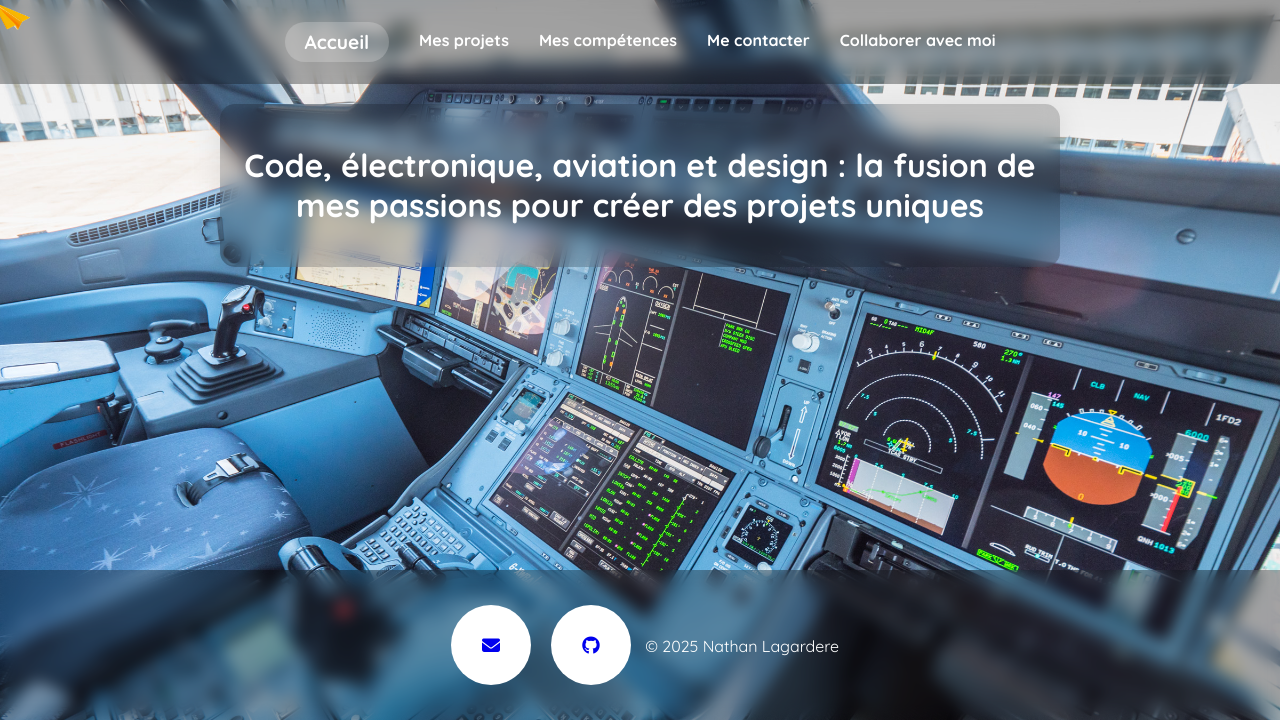
Repository: nlagardere/myportfolio
Page: contact.html
The author's editor kept a copy of each file at every save. The page is drawn from the files as they stood at one save, then again after the next save.
The browser window is 1280 px wide. The pictures show the whole page.

Above is the page before, as saved 2025-09-06 11:24:08.

After the next save:
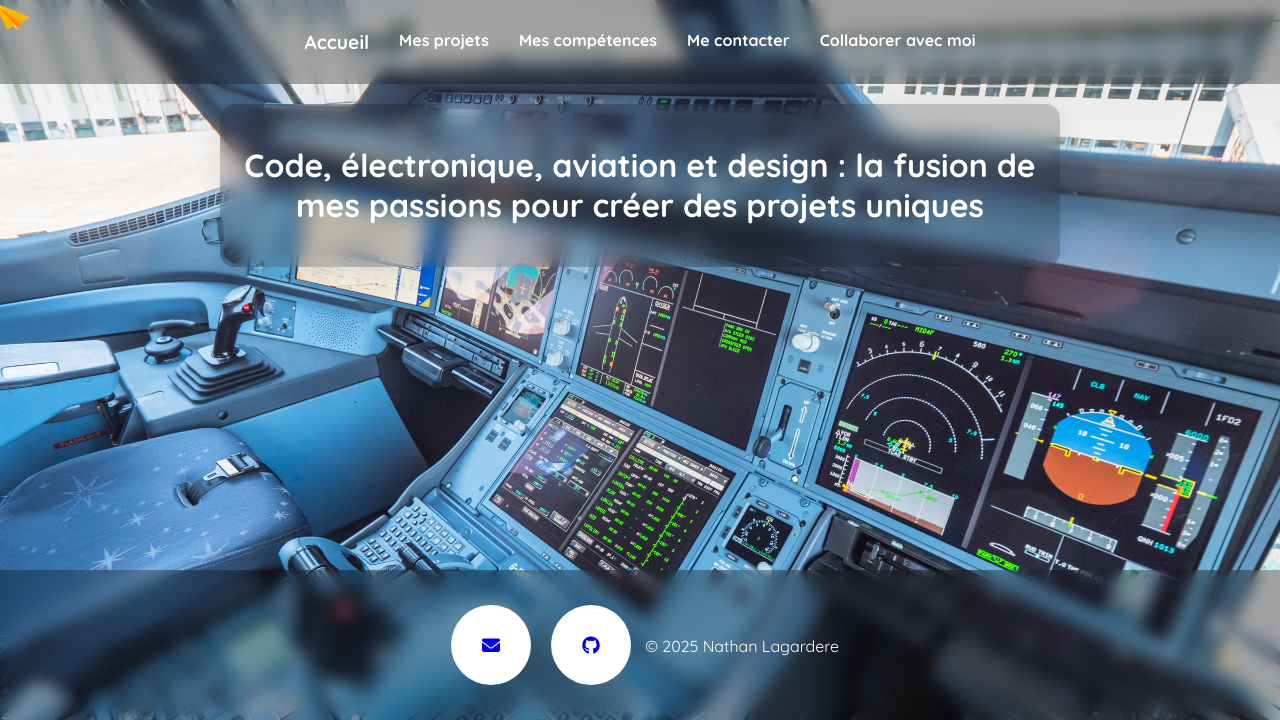
Saved 16 s later.
--- a/contact.html
+++ b/contact.html
@@ -227,7 +227,7 @@
     <nav class="navbar">
       <ul>
         <li class="accueil">
-          <a href="index - Copie.html" class="accueil-wrapper">Accueil</a>
+          <a href="index - Copie.html">Accueil</a>
         </li>
         <li><a href="projects.html">Mes projets</a></li>
         <li><a href="competences.html">Mes compétences</a></li>
